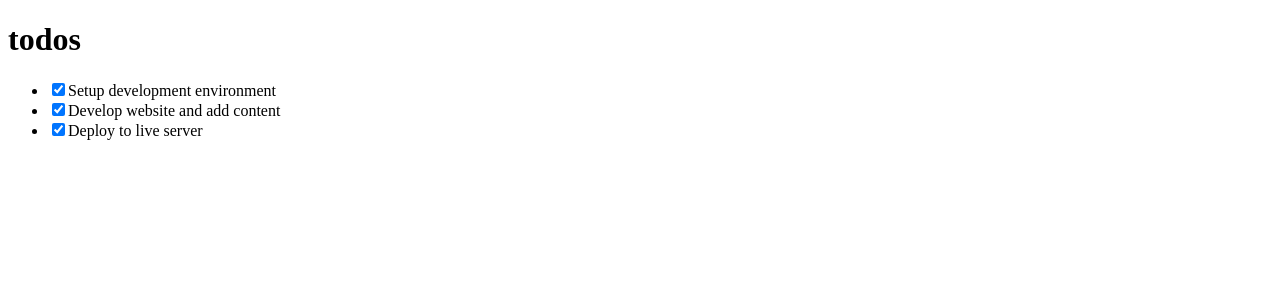
Repository: kennedyowusu/react-todo-app
Page: /
The author's editor kept a copy of each file at every save. The page is drawn from the files as they stood at one save, then again after the next save.
The browser window is 1280 px wide. The pictures show the whole page.
The project was rebuilt for these pictures with package versions that can differ from the ones it lists, and the page was loaded fresh each time.

Above is the page before, as saved 2023-01-16 11:00:10.

### src/index.js
import React from 'react'
import ReactDOM from 'react-dom'
//component file
import TodoContainer from './components/TodoContainer'

ReactDOM.render(
  <React.StrictMode>
    <TodoContainer />
  </React.StrictMode>,
  document.getElementById('root')
)

### src/components/TodoContainer.js
import React from 'react'
import TodosList from './TodosList'
import Header from './Header'

class TodoContainer extends React.Component {

  state = {
    todos: [
      {
        id: 1,
        title: 'Setup development environment',
        completed: true,
      },
      {
        id: 2,
        title: 'Develop website and add content',
        completed: false,
      },
      {
        id: 3,
        title: 'Deploy to live server',
        completed: false,
      },
    ],
  }

  render() {
    return (
      <div>
        <Header />
        <TodosList todos={this.state.todos} />
      </div>
    )
  }
}
export default TodoContainer

### src/components/TodosList.js
import React from 'react'
import TodoItem from './TodoItem'

class TodosList extends React.Component {
  render() {
    return (
      <ul>
        {this.props.todos.map((todo) => (
          <TodoItem key={todo.id} todo={todo} />
        ))}
      </ul>
    )
  }
}

export default TodosList

### src/components/TodoItem.js
import React from 'react'

class TodoItem extends React.Component {
  render() {
   return (
     <li>
       <input type='checkbox' checked={this.props.todo} />
       {this.props.todo.title}
     </li>
   )
  }
}

export default TodoItem

Loaded but not shown: public/index.html (common file); src/components/Header.js (common file)

After the next save:
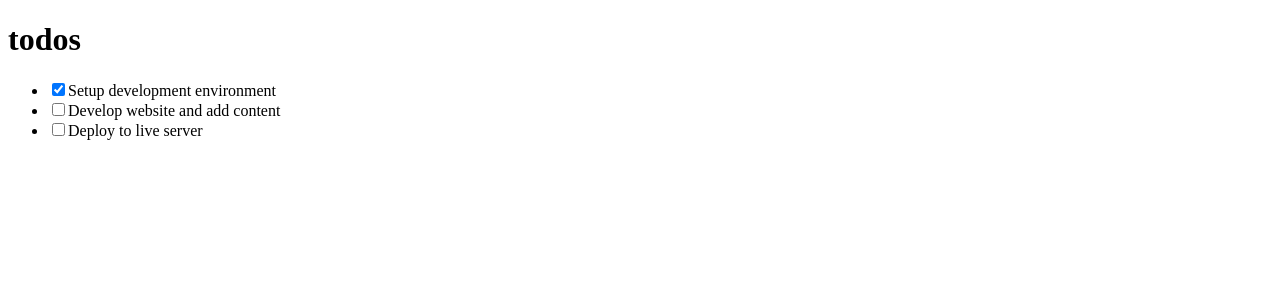
Saved 6 s later.
--- a/src/components/TodoItem.js
+++ b/src/components/TodoItem.js
@@ -4,7 +4,7 @@ class TodoItem extends React.Component {
   render() {
    return (
      <li>
-       <input type='checkbox' checked={this.props.todo} />
+       <input type='checkbox' checked={this.props.todo.completed} />
        {this.props.todo.title}
      </li>
    )
